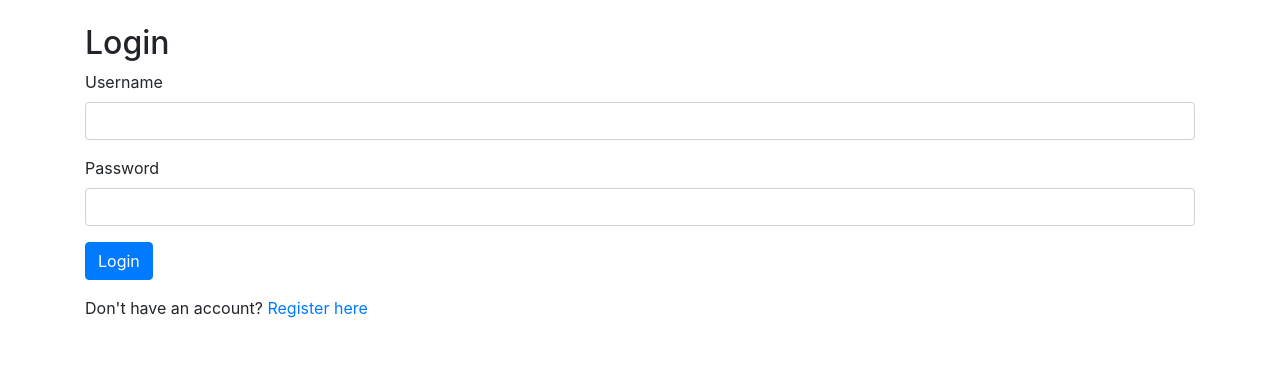
Repository: Stoldark/PLMUN
Page: http://localhost/login?next=%2F
These files come from the project's save history. The page is drawn as it stood at one moment and after the next save; the edit follows.
The browser window is 1280 px wide. The pictures show the whole page.
The page is served by the project's application, run on Flask 3 (tempCodeRunnerFile.py).

Above is the page before, as saved 2024-09-15 23:35:57.

### templates/login.html
<!doctype html>
<html lang="en">
<head>
    <meta charset="utf-8">
    <meta name="viewport" content="width=device-width, initial-scale=1">
    <title>Login</title>
    <link rel="stylesheet" href="https://stackpath.bootstrapcdn.com/bootstrap/4.5.2/css/bootstrap.min.css">
</head>
<body>
    <div class="container mt-4">
        <h2>Login</h2>
        <form method="POST" action="{{ url_for('login') }}">
            {{ form.hidden_tag() }}
            <div class="form-group">
                {{ form.username.label(class="form-label") }}
                {{ form.username(class="form-control") }}
            </div>
            <div class="form-group">
                {{ form.password.label(class="form-label") }}
                {{ form.password(class="form-control") }}
            </div>
            <div class="form-group">
                {{ form.submit(class="btn btn-primary") }}
            </div>
        </form>
        <p class="mt-2">Don't have an account? <a href="{{ url_for('register') }}">Register here</a></p>
    </div>
</body>
</html>

### tempCodeRunnerFile.py
from flask import Flask, render_template, request, redirect, session, url_for, flash, jsonify
from flask_wtf import FlaskForm
from wtforms import StringField, PasswordField, SubmitField
from wtforms.validators import DataRequired, Length
from flask_bcrypt import Bcrypt
from flask_login import LoginManager, UserMixin, login_user, logout_user, login_required, current_user
import sqlite3
import os

# Initialize Flask app
app = Flask(__name__)

# Set the secret key for session management
app.config['SECRET_KEY'] = 'your_secret_key'  # Change this to a secure key

# Initialize extensions
bcrypt = Bcrypt(app)
login_manager = LoginManager(app)
login_manager.login_view = 'login'

# Database connection function
def get_db_connection():
    conn = sqlite3.connect('inventory.db')
    conn.row_factory = sqlite3.Row
    return conn

# User model for Flask-Login
class User(UserMixin):
    def __init__(self, id, username, role):
        self.id = id
        self.username = username
        self.role = role

# User loader for Flask-Login
@login_manager.user_loader
def load_user(user_id):
    conn = get_db_connection()
    user = conn.execute('SELECT * FROM users WHERE id = ?', (user_id,)).fetchone()
    conn.close()
    if user:
        return User(user['id'], user['username'], user['role'])
    return None

# Registration form
class RegistrationForm(FlaskForm):
    username = StringField('Username', validators=[DataRequired(), Length(min=4, max=25)])
    password = PasswordField('Password', validators=[DataRequired(), Length(min=6, max=35)])
    role = StringField('Role', validators=[DataRequired()])
    submit = SubmitField('Register')

# Login form
class LoginForm(FlaskForm):
    username = StringField('Username', validators=[DataRequired()])
    password = PasswordField('Password', validators=[DataRequired()])
    submit = SubmitField('Login')

# Route to show inventory items
@app.route('/')
@login_required
def index():
    conn = get_db_connection()
    items = conn.execute('SELECT * FROM items').fetchall()
    conn.close()
    return render_template('index.html', items=items)

# Route to add an item
@app.route('/add', methods=('GET', 'POST'))
@login_required
def add_item():
    if request.method == 'POST':
        name = request.form['name']
        quantity = request.form['quantity']
        price = request.form['price']

        conn = get_db_connection()
        conn.execute('INSERT INTO items (name, quantity, price) VALUES (?, ?, ?)',
                     (name, quantity, price))
        conn.commit()
        conn.close()

        return redirect('/')
    return render_template('add.html')

# Route to edit an item
@app.route('/edit/<int:id>', methods=('GET', 'POST'))
@login_required
def edit_item(id):
    conn = get_db_connection()
    item = conn.execute('SELECT * FROM items WHERE id = ?', (id,)).fetchone()

    if request.method == 'POST':
        name = request.form['name']
        quantity = request.form['quantity']
        price = request.form['price']
        conn.execute('UPDATE items SET name = ?, quantity = ?, price = ? WHERE id = ?',
                     (name, quantity, price, id))
        conn.commit()
        conn.close()
        return redirect('/')

    conn.close()
    return render_template('edit.html', item=item)

# Route to delete an item
@app.route('/delete/<int:id>', methods=['POST'])
@login_required
def delete_item(id):
    conn = get_db_connection()
    conn.execute('DELETE FROM items WHERE id = ?', (id,))
    conn.commit()
    conn.close()
    return redirect('/')

# Registration route
@app.route('/register', methods=['GET', 'POST'])
def register():
    form = RegistrationForm()
    if form.validate_on_submit():
        username = form.username.data
        password = bcrypt.generate_password_hash(form.password.data).decode('utf-8')
        role = form.role.data

        conn = get_db_connection()
        conn.execute('INSERT INTO users (username, password, role) VALUES (?, ?, ?)',
                     (username, password, role))
        conn.commit()
        conn.close()

        flash('Registration successful! You can now log in.')
        return redirect(url_for('login'))
    return render_template('register.html', form=form)

# Login route
@app.route('/login', methods=['GET', 'POST'])
def login():
    form = LoginForm()
    if form.validate_on_submit():
        username = form.username.data
        password = form.password.data

        conn = get_db_connection()
        user = conn.execute('SELECT * FROM users WHERE username = ?', (username,)).fetchone()
        conn.close()

        if user and bcrypt.check_password_hash(user['password'], password):
            login_user(User(user['id'], user['username'], user['role']))
            return redirect('/')
        else:
            flash('Login Unsuccessful. Please check your username and password', 'danger')

    return render_template('login.html', form=form)

# Logout route
@app.route('/logout')
@login_required
def logout():
    logout_user()
    return redirect(url_for('index'))

# API Endpoint to get inventory items
@app.route('/api/items', methods=['GET'])
@login_required
def api_get_items():
    conn = get_db_connection()
    items = conn.execute('SELECT * FROM items').fetchall()
    conn.close()
    return jsonify([dict(item) for item in items])

# API Endpoint to add an item
@app.route('/api/items', methods=['POST'])
@login_required
def api_add_item():
    data = request.get_json()
    name = data.get('name')
    quantity = data.get('quantity')
    price = data.get('price')

    conn = get_db_connection()
    conn.execute('INSERT INTO items (name, quantity, price) VALUES (?, ?, ?)',
                 (name, quantity, price))
    conn.commit()
    conn.close()

    return jsonify({'message': 'Item added successfully'}), 201

# API Endpoint to update an item
@app.route('/api/items/<int:id>', methods=['PUT'])
@login_required
def api_update_item(id):
    data = request.get_json()
    name = data.get('name')
    quantity = data.get('quantity')
    price = data.get('price')

    conn = get_db_connection()
    conn.execute('UPDATE items SET name = ?, quantity = ?, price = ? WHERE id = ?',
                 (name, quantity, price, id))
    conn.commit()
    conn.close()

    return jsonify({'message': 'Item updated successfully'})

# API Endpoint to delete an item
@app.route('/api/items/<int:id>', methods=['DELETE'])
@login_required
def api_delete_item(id):
    conn = get_db_connection()
    conn.execute('DELETE FROM items WHERE id = ?', (id,))
    conn.commit()
    conn.close()

    return jsonify({'message': 'Item deleted successfully'})

# Run the app
if __name__ == "__main__":
    port = int(os.environ.get("PORT", 10000))  # Use PORT environment variable or default to 10000
    app.run(host="0.0.0.0", port=port, debug=True)

After the next save:
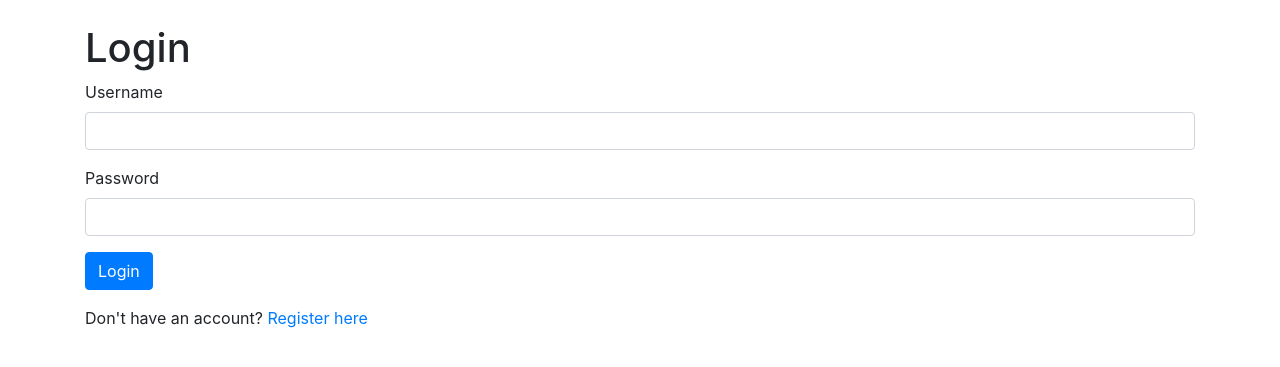
Saved 94 s later.
--- a/templates/login.html
+++ b/templates/login.html
@@ -1,23 +1,42 @@
-<!doctype html>
+<!DOCTYPE html>
 <html lang="en">
 <head>
-    <meta charset="utf-8">
-    <meta name="viewport" content="width=device-width, initial-scale=1">
+    <meta charset="UTF-8">
+    <meta name="viewport" content="width=device-width, initial-scale=1.0">
     <title>Login</title>
     <link rel="stylesheet" href="https://stackpath.bootstrapcdn.com/bootstrap/4.5.2/css/bootstrap.min.css">
 </head>
 <body>
     <div class="container mt-4">
-        <h2>Login</h2>
-        <form method="POST" action="{{ url_for('login') }}">
+        <h1>Login</h1>
+        <!-- Display flash messages -->
+        {% with messages = get_flashed_messages(with_categories=true) %}
+            {% if messages %}
+                <div class="alert alert-dismissible fade show" role="alert">
+                    {% for category, message in messages %}
+                        <div class="alert alert-{{ category }}">
+                            {{ message }}
+                        </div>
+                    {% endfor %}
+                </div>
+            {% endif %}
+        {% endwith %}
+        <!-- Login form -->
+        <form method="POST">
             {{ form.hidden_tag() }}
             <div class="form-group">
                 {{ form.username.label(class="form-label") }}
                 {{ form.username(class="form-control") }}
+                {% for error in form.username.errors %}
+                    <div class="text-danger">{{ error }}</div>
+                {% endfor %}
             </div>
             <div class="form-group">
                 {{ form.password.label(class="form-label") }}
                 {{ form.password(class="form-control") }}
+                {% for error in form.password.errors %}
+                    <div class="text-danger">{{ error }}</div>
+                {% endfor %}
             </div>
             <div class="form-group">
                 {{ form.submit(class="btn btn-primary") }}
